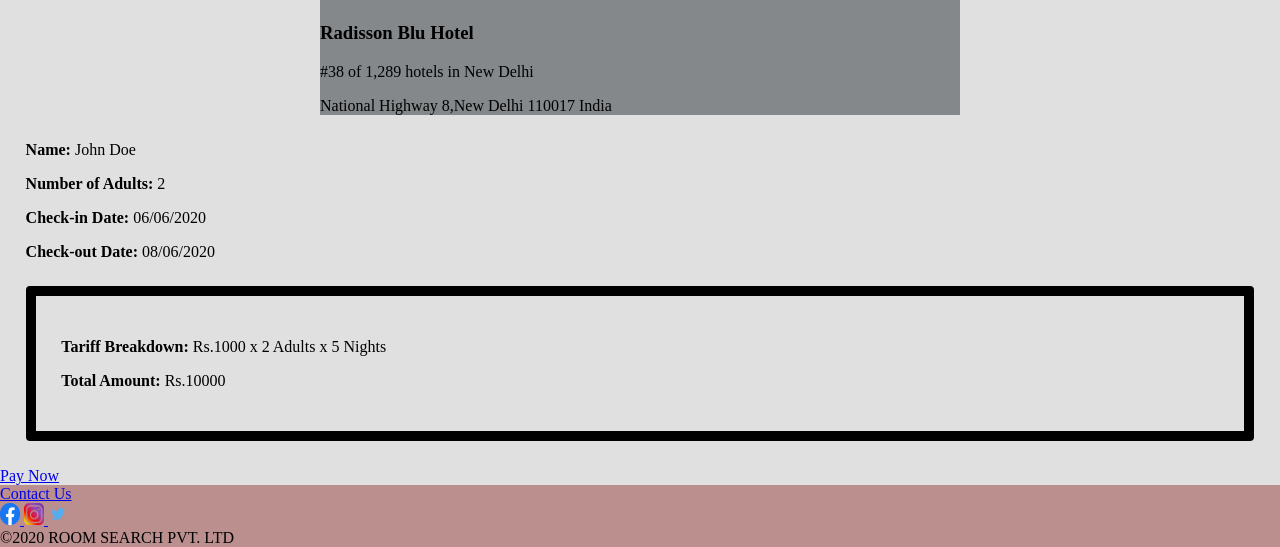
Repository: Aditya-work/Hotel-Booking-Website
Page: payment.html
These files come from the project's save history. The page is drawn as it stood at one moment and after the next save; the edit follows.
The browser window is 1280 px wide. The pictures show the part of the page from y = 590 to 1137 px (the page is 1137 px tall before and 1119 px after).

Above is the page before, as saved 2020-07-14 14:45:13.

### payment.html
<!DOCTYPE html>
<html lang="en">
<head>
    <meta charset="UTF-8">
    <meta name="viewport" content="width=device-width, initial-scale=1.0">
    <title>Payment</title>
    <link rel="stylesheet" href="./styles/common.css">
    <link rel="stylesheet" href="./styles/payment.css">
</head>
<body>
   <!-- Wrap Div -->
    <div class="main">

        <!-- Header -->
        <header>
            <a href="./index.html">
                <img src="./assests/images/logo.png" alt="logo"/>
            </a>
            <a href="./login.html" target="_blank">Login</a>
        </header>

        <!-- Content -->
        <div class="content">
            <div class="hotel-details">
                <img src="https://media-cdn.tripadvisor.com/media/photo-w/17/b3/09/b4/by-the-poolside.jpg"
                    alt="Radisson Blu Hotel"/>
                <br>
                <h3>Radisson Blu Hotel</h3>
                <div class="address">
                    <p>#38 of 1,289 hotels in New Delhi</p>
                    <p>National Highway 8,New Delhi 110017 India</p>
                </div>
            </div>
            <div class="customer-details">
                <p><b>Name:</b> John Doe</p>
                <p><b>Number of Adults:</b> 2</p>
                <p><b>Check-in Date:</b> 06/06/2020</p>
                <p><b>Check-out Date:</b> 08/06/2020</p>
            </div>
            <div class="payment-details">
                <p><b>Tariff Breakdown:</b> Rs.1000 x 2 Adults x 5 Nights</p>
                <p><b>Total Amount:</b> Rs.10000</p>
            </div>
            <a href="#">Pay Now</a>
        </div>
        <!-- Footer -->
        <footer>
            <div>
                <a href="./contact.html" target="_self">Contact Us</a>
            </div>
            <div class="social-media-icons">
                <a href="https://www.facebook.com/"  target="_blank">
                    <img src="./assests/images/facebook.png" alt="Fackbook"/>
                </a>
                <a href="https://www.instagram.com/"  target="_blank">
                    <img src="./assests/images/instagram.png" alt="Instagram"/>
                </a>
                <a href="https://www.twitter.com/"  target="_blank">
                    <img src="./assests/images/twitter.png" alt="Twitter"/>
                </a>
            </div>
            <div><span>&copy;2020 ROOM SEARCH PVT. LTD</span></div>
        </footer>
    </div>
</body>
</html>

### styles/common.css
/* *{
    margin: 0;
    padding: 0;
} */

body, .main{
    width: 100vw;
    height: 100vh;
    background-color: #e0e0e0;
    margin: 0;
    padding: 0;
}

header,footer{
    background-color: rosybrown;
}

/******************* Header ******************/

header img{
    width: 60px;
    height: 60px;
}

/******************* Footer ******************/

footer a img{
    width: 20px;
    height: 22px;
}

### styles/payment.css

.hotel-details img{
    width: 500px;
    height:500px;
}

.hotel-details{
    background-color: rgb(132,136,139);
    width: 50%;
    height:20%;
    margin: 2% auto;
}

.customer-details{
    margin: 2%;
}

.payment-details{
    margin: 2%;
    padding: 2%;
    border: 10px solid black;
    border-radius: 4px;
}

After the next save:
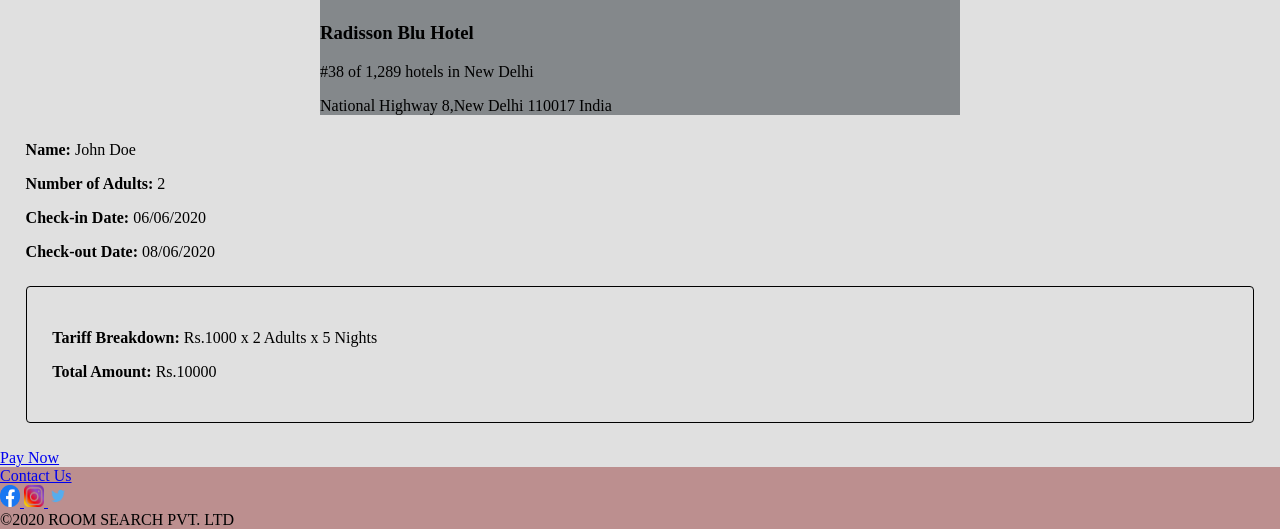
Saved 5 s later.
--- a/styles/payment.css
+++ b/styles/payment.css
@@ -18,6 +18,6 @@
 .payment-details{
     margin: 2%;
     padding: 2%;
-    border: 10px solid black;
+    border: 1px solid black;
     border-radius: 4px;
 }
